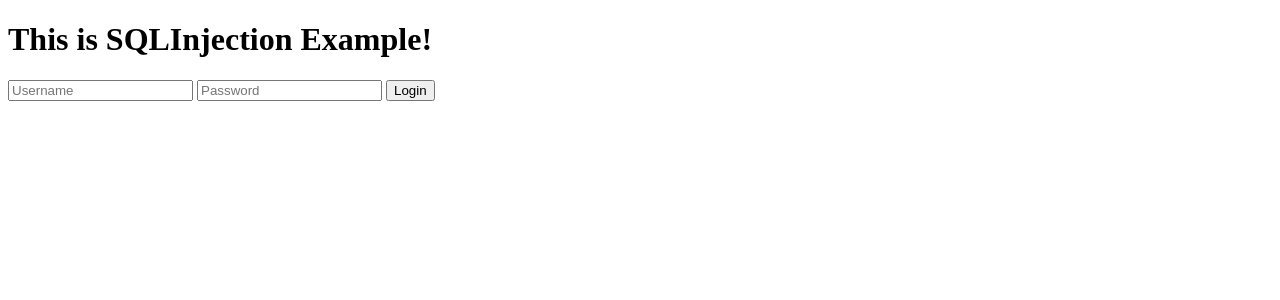
Repository: Ceachi/Securitatea-bazelor-de-date-Curs
Page: http://localhost/SQLInjectionReferat/
These files come from the project's save history. The page is drawn as it stood at one moment and after the next save; the edit follows.
The browser window is 1280 px wide. The pictures show the whole page.
The page is served by Tomcat 9. Nobody is signed in. The application's start-up code is not run. Other server files are loaded and not shown.

Above is the page before, as saved 2019-01-03 10:37:12.

### Proiect_eu_SQL_Injection/SQL-Injection-Referat-master/SQLInjectionReferat/src/main/webapp/index.jsp

<%@page contentType="text/html" pageEncoding="UTF-8"%>
<!DOCTYPE html>
<html>
<head>
<meta http-equiv="Content-Type" content="text/html; charset=UTF-8">
<title>JSP Page</title>
</head>
<body>
	<h1>This is SQLInjection Example!</h1>

<!-- 	<form action="userCheck">
		<input type="text" name="user" value="" /> <input type="submit"
			value="Submit" />
	</form>
 -->

	<form action="userCheck">
		<input type="text" placeholder="Username" name="username">
		<input type="text" placeholder="Password" name="password">
		<button type="submit">Login</button>
	</form>
</body>
</html>

After the next save:
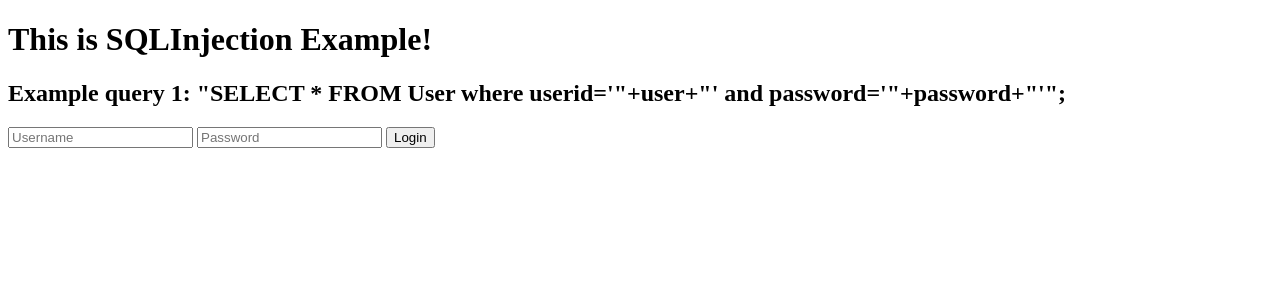
Saved 46 min 1 s later.
--- a/Proiect_eu_SQL_Injection/SQL-Injection-Referat-master/SQLInjectionReferat/src/main/webapp/index.jsp
+++ b/Proiect_eu_SQL_Injection/SQL-Injection-Referat-master/SQLInjectionReferat/src/main/webapp/index.jsp
@@ -14,7 +14,7 @@
 			value="Submit" />
 	</form>
  -->
-
+	<h2>Example query 1: "SELECT * FROM User where userid='"+user+"' and password='"+password+"'";</h2>
 	<form action="userCheck">
 		<input type="text" placeholder="Username" name="username">
 		<input type="text" placeholder="Password" name="password">
